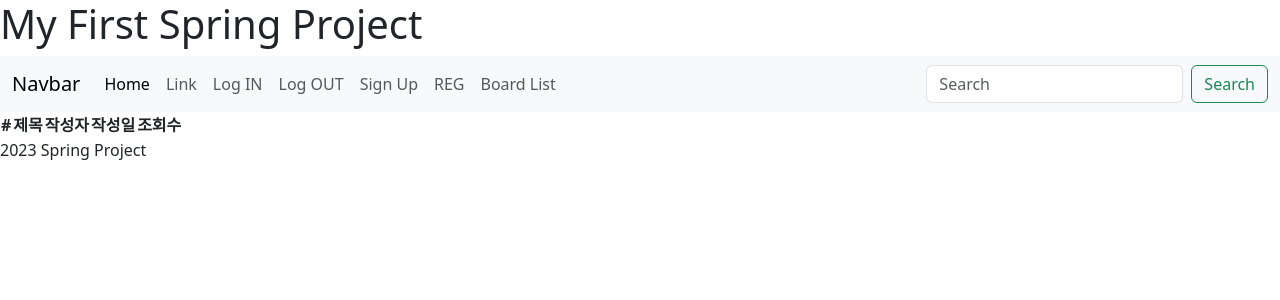
Repository: gatsby5959/_springTest
Page: http://localhost/spring-Test/WEB-INF/views/board/list.jsp
The author's editor kept a copy of each file at every save. The page is drawn from the files as they stood at one save, then again after the next save.
The browser window is 1280 px wide. The pictures show the whole page.
The page is served by Tomcat 9. Nobody is signed in. The template is opened directly, without the code that normally fills it, so the values that code supplies are empty.

Above is the page before, as saved 2023-10-05 08:59:41.

After the next save:
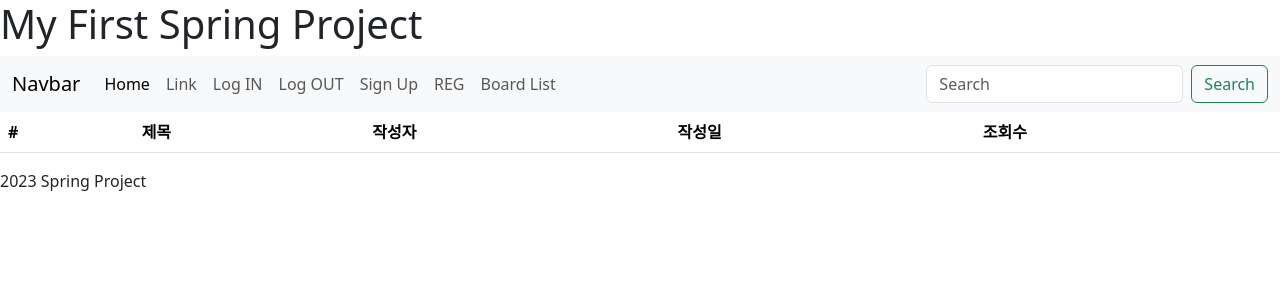
Saved 2 min 1 s later.
--- a/spring-Test/src/main/webapp/WEB-INF/views/board/list.jsp
+++ b/spring-Test/src/main/webapp/WEB-INF/views/board/list.jsp
@@ -11,7 +11,7 @@
 <jsp:include page="../layout/header.jsp"></jsp:include>
 
 
-<table>
+<table class="table hover">
 <thead>
 <tr>
 	<th>#</th>
